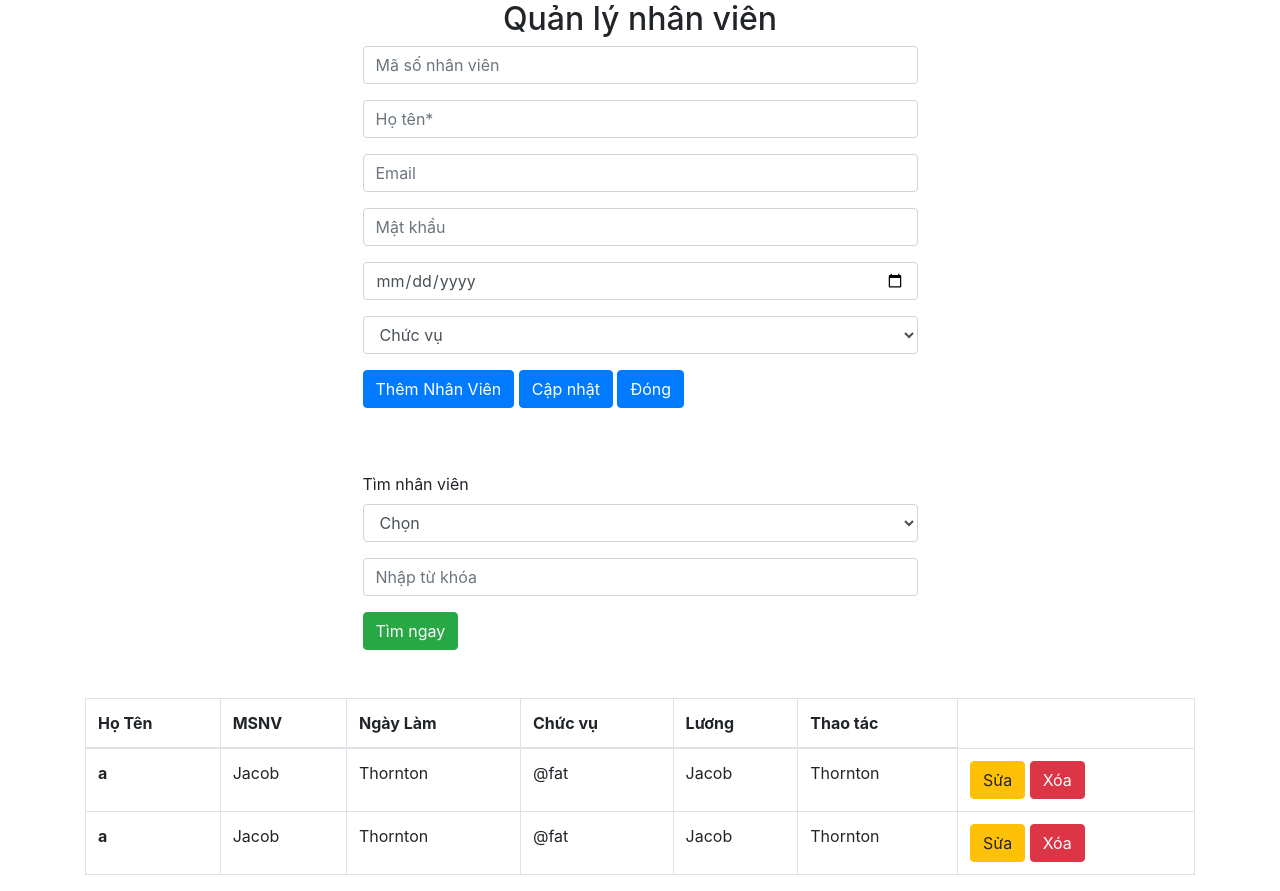
Repository: dovanthao2404/quanlynhanvien
Page: index.html
The author's editor kept a copy of each file at every save. The page is drawn from the files as they stood at one save, then again after the next save.
The browser window is 1280 px wide. The pictures show the whole page.

Above is the page before, as saved 2021-06-30 00:55:24.

### index.html
<!DOCTYPE html>
<html lang="en">

<head>
  <meta charset="UTF-8">
  <meta http-equiv="X-UA-Compatible" content="IE=edge">
  <meta name="viewport" content="width=device-width, initial-scale=1.0">
  <title>Quan Ly Nhan Vien</title>
  <!-- BOOTSTRAP  -->
  <link rel="stylesheet" href="https://cdn.jsdelivr.net/npm/bootstrap@4.6.0/dist/css/bootstrap.min.css"
    integrity="sha384-B0vP5xmATw1+K9KRQjQERJvTumQW0nPEzvF6L/Z6nronJ3oUOFUFpCjEUQouq2+l" crossorigin="anonymous">
  <!-- MAIN CSS -->
  <link rel="stylesheet" href="./css/style.css">
</head>

<body>
  <div class="main">
    <div class="add-staff">
      <div class="container">
        <form>
          <div class="row">
            <div class="col">
              <div class="add-staff__content w-50 mx-auto">
                <div class="add-staff-title">
                  <h2 id="header-title" class="text-center">Quản lý nhân viên</h2>
                </div>
                <div class="form-group">
                  <input type="text" class="form-control" id="msnv" placeholder="Mã số nhân viên">
                  <span id="thongBaoMNV" class="sp-thongbao text-danger"></span>
                </div>
                <div class="form-group">
                  <input type="text" class="form-control" id="hoTen" placeholder="Họ tên*">
                  <span id="thongBaoHo" class="sp-thongbao text-danger"></span>
                </div>
                <div class="form-group">
                  <input type="text" class="form-control" id="email" placeholder="Email">
                  <span id="thongBaoMNV" class="sp-thongbao text-danger"></span>
                </div>
                <div class="form-group">
                  <input type="password" class="form-control" id="matKhau" placeholder="Mật khẩu">
                  <span id="thongBaoMNV" class="sp-thongbao text-danger"></span>

                </div>
                <div class="form-group">
                  <input type="date" class="form-control" id="ngayLam">
                  <span id="thongBaoNgayLam" class="sp-thongbao text-danger"></span>

                </div>
                <div class="form-group">
                  <select id="chucVu" class="form-control">
                    <option selected>Chức vụ</option>
                    <option>Sếp</option>
                    <option>Trưởng Phòng</option>
                    <option>Nhân Viên</option>
                  </select>
                  <span id="thongBaoChucVu" class="sp-thongbao text-danger"></span>

                </div>
                <div class="form-group">

                  <button class="btn btn-primary" type="button" id="btnThemNhanVien">Thêm Nhân Viên</button>
                  <button class="btn btn-primary" type="button" id="btnCapNhat">Cập nhật</button>
                  <button class="btn btn-primary" type="button" id="btnDong">Đóng</button>
                </div>
              </div>
            </div>
          </div>

        </form>
      </div>
    </div>
    <div class="search-staff my-5">
      <div class="container">
        <div class="add-staff__content w-50 mx-auto">
          <div class="form-group">
            <label for="">Tìm nhân viên</label>
            <select id="" class="form-control">
              <option selected>Chọn</option>
              <option>Theo Tên</option>
              <option>Theo mã</option>
            </select>
            <span class="sp-thongbao text-danger"></span>
          </div>
          <div class="form-group">
            <input class="form-control" type="text" placeholder="Nhập từ khóa">
          </div>
          <div class="form-group">
            <input class="btn btn-success" type="button" value="Tìm ngay">
          </div>
        </div>
      </div>
    </div>
  </div>

  <div class="list-staff">
    <div class="container">
      <div id="list-staff__content">
        <table id="" class="table table-bordered">
          <thead>
            <tr>
              <th scope="col">Họ Tên</th>
              <th scope="col">MSNV</th>
              <th scope="col">Ngày Làm</th>
              <th scope="col">Chức vụ</th>
              <th scope="col">Lương</th>
              <th scope="col">Thao tác</th>
            </tr>
          </thead>
          <tboby>
            <tr>
              <th scope="row">a</th>
              <td>Jacob</td>
              <td>Thornton</td>
              <td>@fat</td>
              <td>Jacob</td>
              <td>
                <button class="btn btn-warning" id="sua">Sửa</button>
                <button class="btn btn-danger" id="xoa">Xóa</button>
              </td>
            </tr>
          </tboby>
        </table>
      </div>
    </div>
  </div>
  <!-- BOOSTRAP -->
  <script src="https://code.jquery.com/jquery-3.5.1.slim.min.js"
    integrity="sha384-DfXdz2htPH0lsSSs5nCTpuj/zy4C+OGpamoFVy38MVBnE+IbbVYUew+OrCXaRkfj"
    crossorigin="anonymous"></script>
  <script src="https://cdn.jsdelivr.net/npm/bootstrap@4.6.0/dist/js/bootstrap.bundle.min.js"
    integrity="sha384-Piv4xVNRyMGpqkS2by6br4gNJ7DXjqk09RmUpJ8jgGtD7zP9yug3goQfGII0yAns"
    crossorigin="anonymous"></script>
  <script src="./js/NhanVien.js"></script>
  <script src="js/CongTy.js"></script>
  <script src="js/main.js"></script>
</body>

</html>

### js/NhanVien.js
class NhanVien {

  constructor(maNV, hoTen, email, matKhau, ngayLamViec, chucVu) {
    this.maNV = maNV;
    this.hoTen = hoTen;
    this.email = email;
    this.matKhau = matKhau;
    this.ngayLamViec = ngayLamViec;
    this.chucVu = chucVu;
    this.mangDoiChieu = [this.maNV, this.hoTen, this.email
      , this.matKhau, this.ngayLamViec, this.chucVu];
  }
}

### js/CongTy.js
class CongTy {
  constructor() {
    this.DanhSachNhanVien = [];
  }
  // Phương thức thêm nhân viên mới vào mảng (thuộc tính) DanhSachNhanVien
  ThemNhanVien(nhanVienMoi) {
    this.DanhSachNhanVien = [...this.DanhSachNhanVien, nhanVienMoi];
  }

  // Phước thức tìm nhân viên theo mã nhân viên, trả về vị trí nhân viên trong mảng DanhSachNhanVien
  TimViTriNhanVien(maNV) {
    // return this.DanhSachNhanVien.find(nhanVien => nhanVien.maNV === maNV)
    for (let viTri in this.DanhSachNhanVien) {
      if (this.DanhSachNhanVien[viTri].maNV === maNV) {
        return viTri;
      }
    }
    return -1;
  }

  // Tìm nhân viên theo mã trả về nhân viên
  TimNhanVienTheoMa(maNV) {
    let viTri = this.TimViTriNhanVien(maNV);
    if (viTri != -1) {
      return this.DanhSachNhanVien[viTri];
    } else {
    }
  }

  // Xóa nhân viên theo mã
  XoaNhanVien(maNV) {
    let viTri = this.TimViTriNhanVien(maNV);
    if (viTri != -1) {
      this.DanhSachNhanVien.splice(viTri, 1);
    } else {
    }
  }

  // Sửa nhân viên
  SuaNhanVien(nhanVien) {
    let viTri = this.TimViTriNhanVien(nhanVien.maNV);
    this.DanhSachNhanVien[viTri] = nhanVien;
  }

  // Tìm nhân viên theo tên --> trả về danh sách nhân viên
  TimNhanVienTheoTen(hoTen) {
    let dskq = new CongTy();
    hoTen = hoTen.trim().toUpperCase();
    for (let nhanVien of this.DanhSachNhanVien) {
      let hoTenNV = nhanVien.hoTen.trim().toUpperCase();
      if (hoTenNV.search(hoTen) !== -1) {
        dskq.ThemNhanVien(nhanVien);
      }
    }
    return dskq;
  }
}

### js/main.js
function getEle(ele) {
  return document.getElementById(ele);
}

var congTy = new CongTy();
var nhanVienMoi = new NhanVien('1', "Do Van Thao", 'abc@gmail.com', 'truongthikhanhngan', 'ngayLamViec', 'chucVu');
congTy.ThemNhanVien(nhanVienMoi);
nhanVienMoi = new NhanVien('2', "Truong Thi Khanh Ngan", 'abc@gmail.com', 'truongthikhanhngan', 'ngayLamViec', 'chucVu');
congTy.ThemNhanVien(nhanVienMoi);

// Ham goi modal popup: Them Nhan Vien or Sua thong tin nhan vien
GoiModal = (modal_title, readonly = false, type = 1) => {
  // type = 1: them nhan vien, type = 2: sua thong tin
  getEle('header-title').innerHTML = modal_title;
  getEle('msnv').readonly = readonly;

  switch (type) {
    case 1: //Them nhanVien
      getEle("btnThemNhanVien").style.display = "inline-block";
      getEle("btnCapNhat").style.display = "none";
      getEle("btnDong").style.display = "inline-block";
      break;

    case 2:
      getEle("btnCapNhat").style.display = "inline-block";
      getEle("btnThemNhanVien").style.display = "none";
      getEle("btnDong").style.display = "inline-block";
      break;
  }
}

// Reset form
XoaForm = () => {
  let elements = document.getElementsByTagName('input');
  for (let element of elements) {
    element.value = '';
  }
  document.getElementById('chucVu').selectedIndex = 0;
}

let trangHienThi = 1;
// HienThiDanhSach = (dsnv) => {
//   let tbody = getEle("tableDanhSach");
//   let htmls = '';
//   let soNV = dsnv.length;
//   for (let i = 0; i < soNV; i++) {
//     htmls += `<tr>
//       <th scope="row">${dsnv[i].maNV}</th>
//       <td>Jacob</td>
//       <td>Thornton</td>
//       <td>@fat</td>
//       <td>Jacob</td>
//       <td>Thornton</td>
//       <td>
//         <button class="btn btn-warning" id="sua">Sửa</button>
//         <button class="btn btn-danger" id="xoa">Xóa</button>
//       </td>
//     </tr>`
//   }
//   tbody.innerHTML = htmls;
// }
// HienThiDanhSach(congTy.DanhSachNhanVien);

function HienThiDanhSach(dsnv) {
  var tbody = document.querySelector('table  tbody');
  // let tbody = getEle("tableDanhSach");
  var htmls = '';
  let soNV = dsnv.length;
  for (let i = 0; i < soNV; i++) {
    htmls += `<tr>
          <th scope="row">a</th>
          <td>Jacob</td>
          <td>Thornton</td>
          <td>@fat</td>
          <td>Jacob</td>
          <td>Thornton</td>
          <td>
            <button class="btn btn-warning" id="sua">Sửa</button>
            <button class="btn btn-danger" id="xoa">Xóa</button>
          </td>
        </tr>`
  }
  tbody.innerHTML = htmls;
}
HienThiDanhSach(congTy.DanhSachNhanVien);

Loaded but not shown: css/style.css (common file)

After the next save:
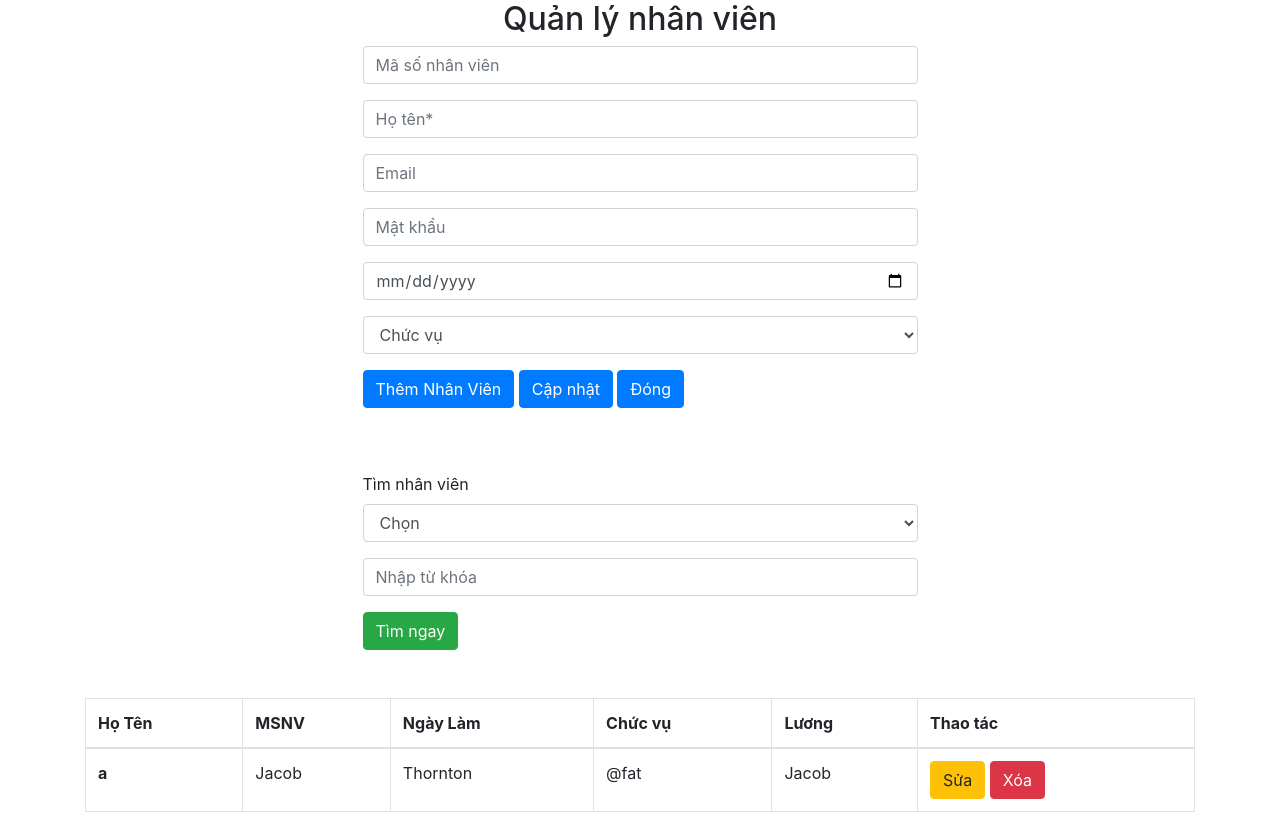
Console error: TypeError: Cannot set properties of null (setting 'innerHTML')
Saved 9 s later.
--- a/js/main.js
+++ b/js/main.js
@@ -62,7 +62,7 @@
 // HienThiDanhSach(congTy.DanhSachNhanVien);
 
 function HienThiDanhSach(dsnv) {
-  var tbody = document.querySelector('table  tbody');
+  var tbody = document.querySelector('table#danhSachNhanVien  tbody');
   // let tbody = getEle("tableDanhSach");
   var htmls = '';
   let soNV = dsnv.length;

After the 3 saves that followed:
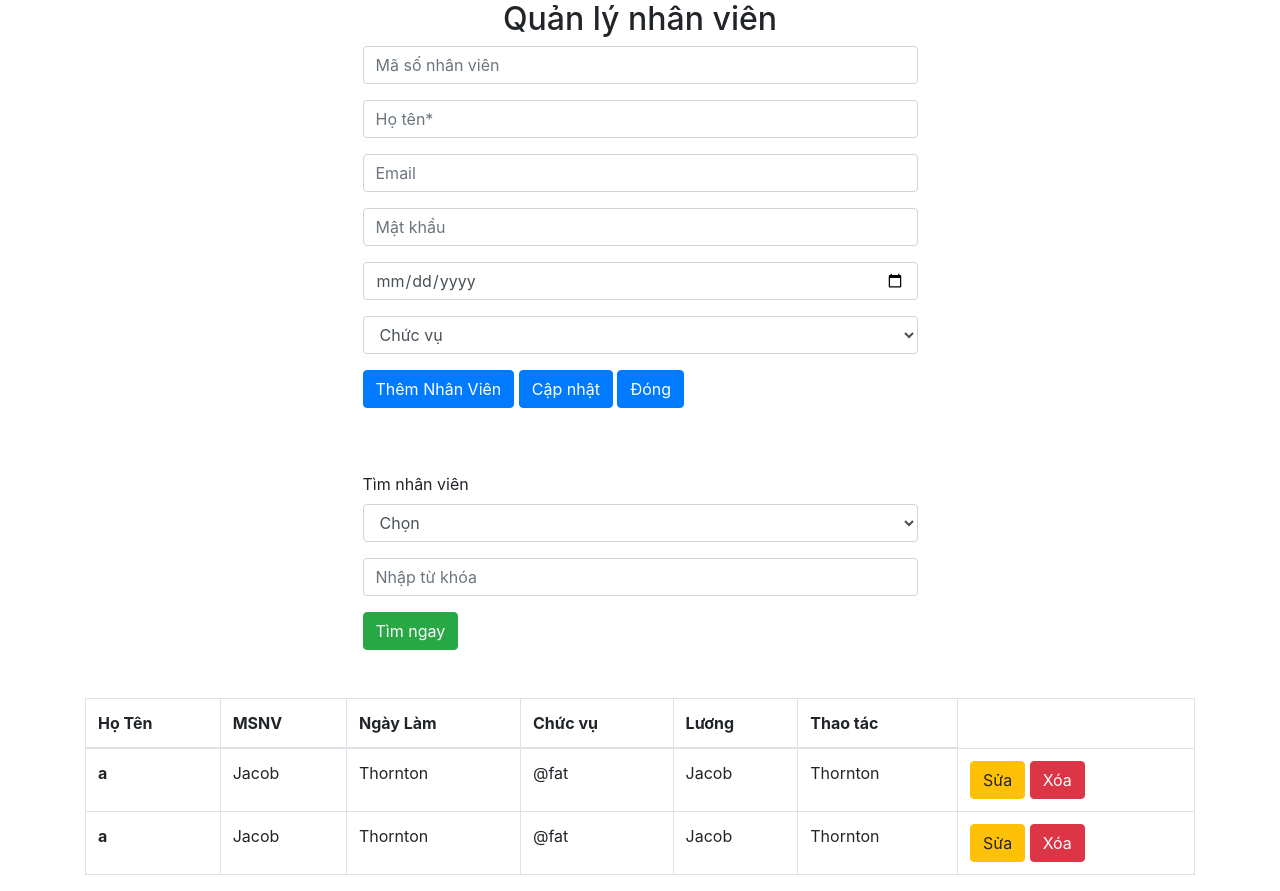
The error is gone.
The 3 saves are shown as one change because 1 left the picture as it was and some came seconds apart.
The last was saved 13 s later.
--- a/js/main.js
+++ b/js/main.js
@@ -62,7 +62,7 @@
 // HienThiDanhSach(congTy.DanhSachNhanVien);
 
 function HienThiDanhSach(dsnv) {
-  var tbody = document.querySelector('table#danhSachNhanVien  tbody');
+  var tbody = document.querySelector('table tbody');
   // let tbody = getEle("tableDanhSach");
   var htmls = '';
   let soNV = dsnv.length;
